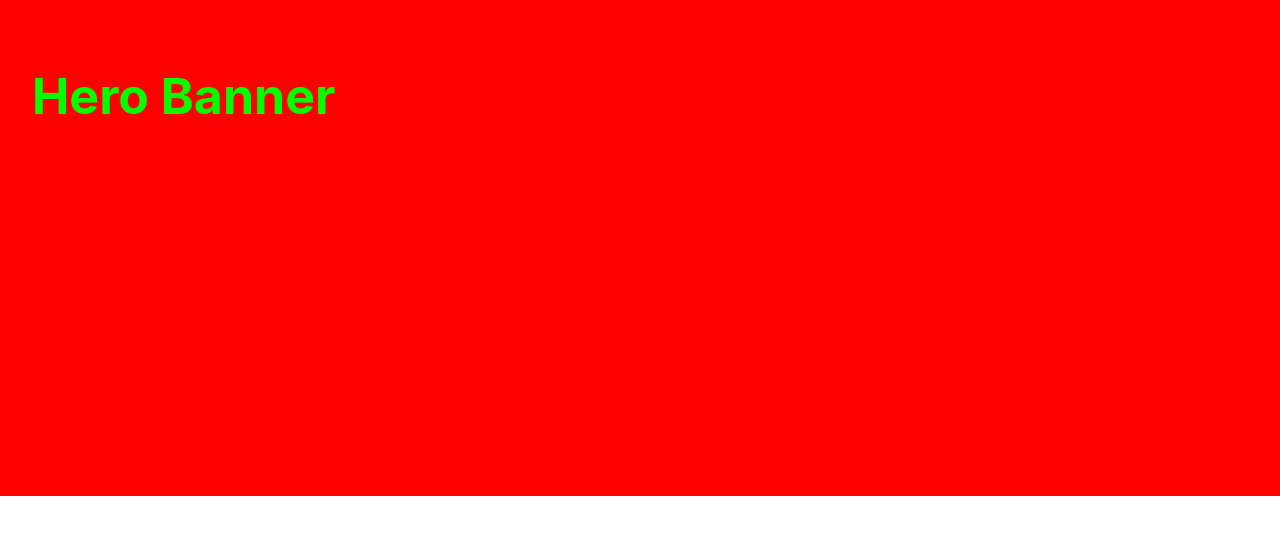
Repository: Coralee-Long/react-bits
Page: /
The author's editor kept a copy of each file at every save. The page is drawn from the files as they stood at one save, then again after the next save.
The browser window is 1280 px wide. The pictures show the whole page.
The project was rebuilt for these pictures with package versions that can differ from the ones it lists, and the page was loaded fresh each time. Also part of the build but not shown: src/pages/ContactPage.js, src/App.css.

Above is the page before, as saved 2023-12-12 15:24:01.

After the next save:
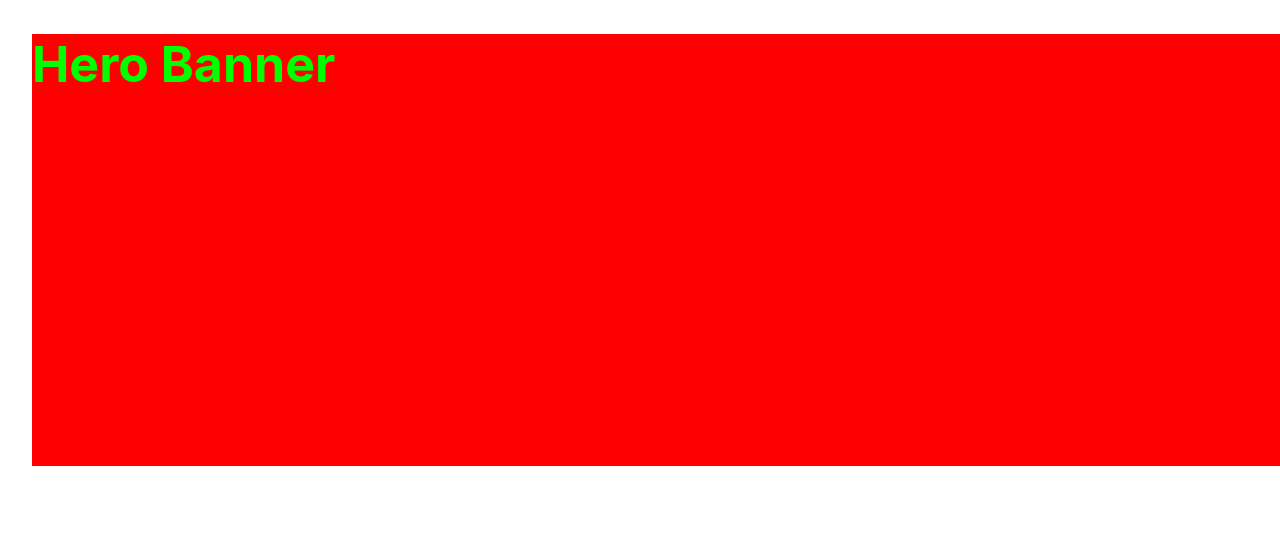
Saved 10 s later.
--- a/src/components/HeroBannerParallax/HeroBanner.module.css
+++ b/src/components/HeroBannerParallax/HeroBanner.module.css
@@ -1,6 +1,6 @@
 .banner-container {
   width: 100%;
   height: 60vh;
-  padding: 2rem;
+  margin: 2rem;
   background-color: red;
 }
